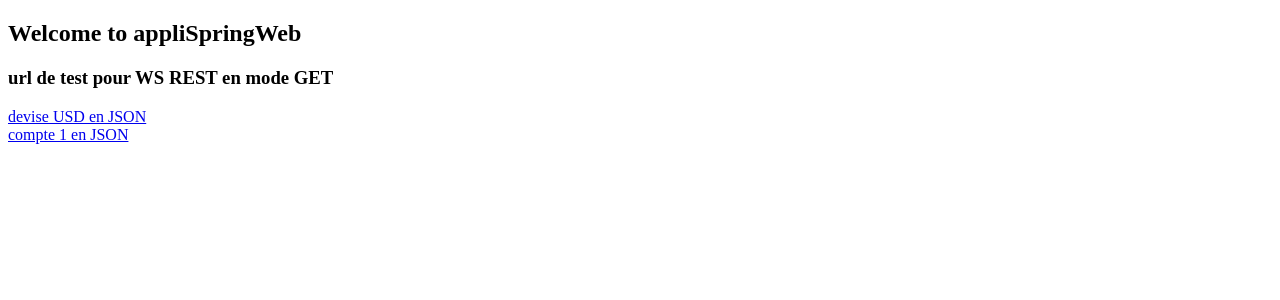
Repository: Anouar2EL/TP-JAVA-22-06-23
Page: appliSpringWeb/src/main/resources/static/index.html
An editor plug-in stored every save of this project. The page is shown before and after the next save, followed by the edit.
The browser window is 1280 px wide. The pictures show the whole page.

Above is the page before, as saved 2023-07-25 12:30:55.

After the next save:
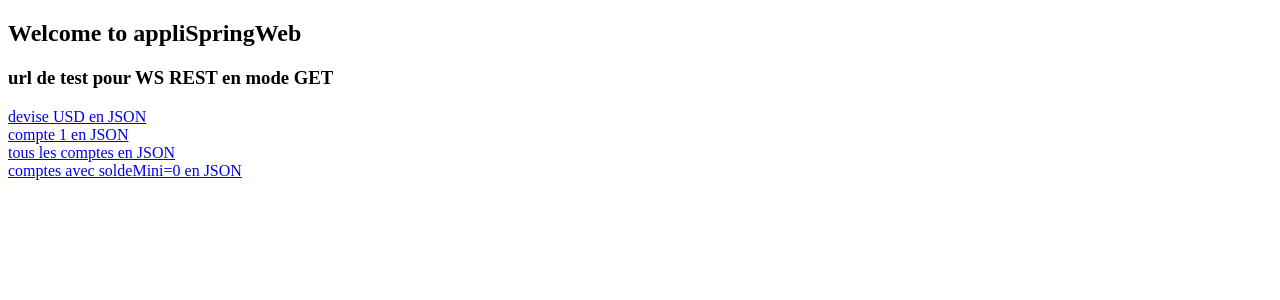
Saved 112 s later.
--- a/appliSpringWeb/src/main/resources/static/index.html
+++ b/appliSpringWeb/src/main/resources/static/index.html
@@ -9,5 +9,7 @@
 <h3> url de test pour WS REST en mode GET</h3>
 <a href="./api-devise/devise/USD">devise USD en JSON</a> <br/>
 <a href="./api-bank/compte/1">compte 1 en JSON</a> <br/>
+  <a href="./api-bank/compte">tous les comptes en JSON</a> <br/>
+   <a href="./api-bank/compte?soldeMini=0">comptes avec soldeMini=0 en JSON</a> <br/>
 </body>
 </html>
